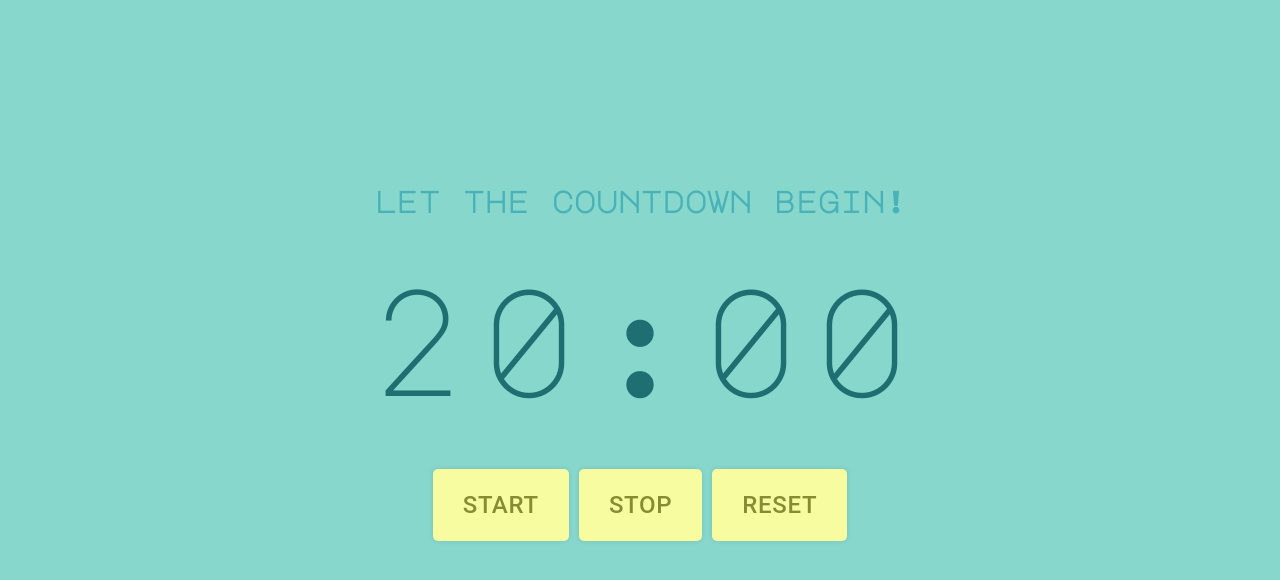
Repository: realistmccoy/pomodoro
Page: /
The author's editor kept a copy of each file at every save. The page is drawn from the files as they stood at one save, then again after the next save.
The browser window is 1280 px wide. The pictures show the whole page.
The project was rebuilt for these pictures with package versions that can differ from the ones it lists, and the page was loaded fresh each time.

Above is the page before, as saved 2020-12-10 00:50:26.

### src/App.js
import React, { useState, useRef } from 'react';
import './App.css';
import { Button } from '@material-ui/core';

function padTime(time) {
	return time.toString().padStart(2, '0');
}

export default function App() {
	const [title, setTitle] = useState('let the countdown begin!');
	const [timeLeft, setTimeLeft] = useState(20 * 60);
	const intervalRef = useRef(null);

	function startTimer() {
		intervalRef.current = setInterval(() => {
			setTimeLeft((timeLeft) => {
				if (timeLeft >= 1) return timeLeft - 1;

				return 0;
			});
		}, 1000);
	}

	function stopTimer() {
		clearInterval(intervalRef.current);
		console.log(intervalRef.current);
	}

	const minutes = padTime(Math.floor(timeLeft / 60));
	const seconds = padTime(timeLeft - minutes * 60);

	return (
		<div className='app'>
			<h2>{title}</h2>

			<div className='timer'>
				<span>{minutes}</span>
				<span>:</span>
				<span>{seconds}</span>
			</div>

			<div className='buttons'>

				<Button color='primary' onClick={startTimer}>
					Start
				</Button>
				<Button onClick={stopTimer}>Stop</Button>
				<Button>Reset</Button>
			</div>
		</div>
	);
}

### src/App.css
@import url('https://fonts.googleapis.com/css2?family=Major+Mono+Display&display=swap');

* {
  box-sizing: border-box;
}

body {
  padding: 0;
  margin: 0;
  font-family: 'Major Mono Display', monospace;
  line-height: 1.5;
}

.app {
  min-height: 100vh;
  padding-left: 20px;
  padding-right: 20px;
  display: flex;
  flex-direction: column;
  align-items: center;
  justify-content: center;
  background: #87d7cc;
  color: #2c888d;
}

h2 {
  color: #49b2b8;
  font-size: 30px;
  text-align: center;
  margin: 0;
}

.timer {
  color: #1f6e72;
  font-size: 150px;
  margin-bottom: 20px;
}

.buttons button {
  outline: none;
  border: none;
  font-size: 24px;
  background: #f7fca0;
  color: #878b32;
  border-radius: 5px;
  box-shadow: 0 0 5px rgba(0, 0, 0, 0.1);
  padding: 15px 30px;
  cursor: pointer;
  transition: 0.3s ease all;
}

.buttons button:hover {
  border-radius: 10px;
  background: #f5f8ca;
  box-shadow: 0 0 10px rgba(0, 0, 0, 0.15);
  transform: translateY(-2px);
}

.buttons button:not(:last-child) {
  margin-right: 10px;
}

@media (max-width: 780px) {
  h2 {
    font-size: 22px;
  }

  .timer {
    font-size: 80px;
  }

  .buttons button {
    font-size: 18px;
  }
}

Loaded but not shown: public/index.html (common file); src/index.js (common file)

After the next save:
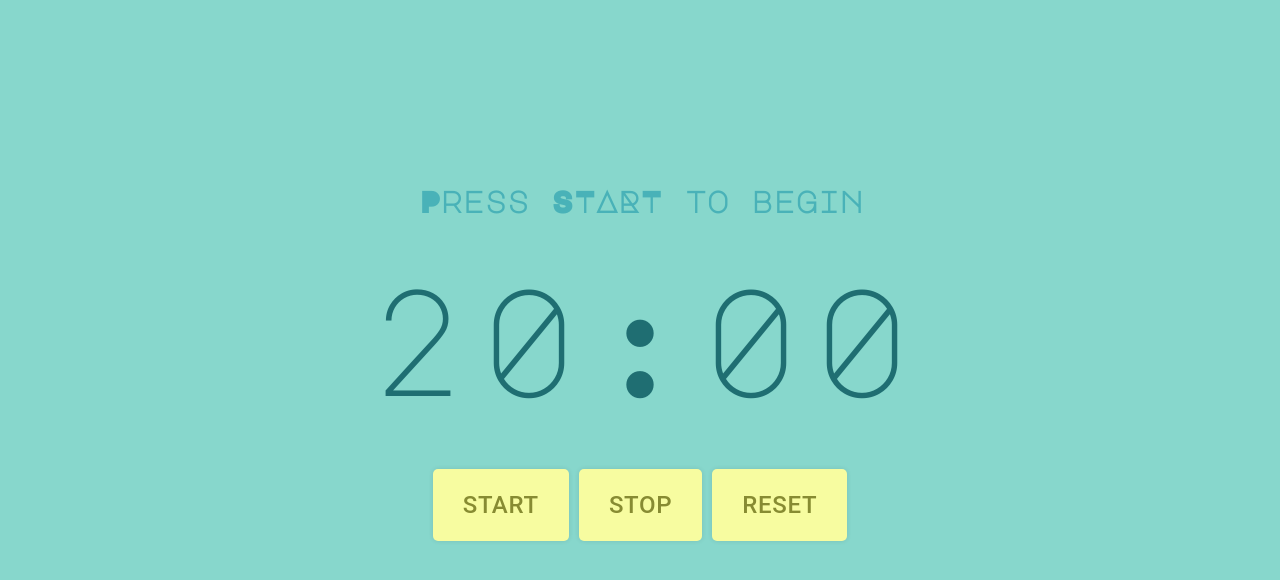
Saved 31 s later.
--- a/src/App.js
+++ b/src/App.js
@@ -7,7 +7,7 @@ function padTime(time) {
 }
 
 export default function App() {
-	const [title, setTitle] = useState('let the countdown begin!');
+	const [title, setTitle] = useState('Press START to begin');
 	const [timeLeft, setTimeLeft] = useState(20 * 60);
 	const intervalRef = useRef(null);
 
@@ -40,7 +40,6 @@ export default function App() {
 			</div>
 
 			<div className='buttons'>
-
 				<Button color='primary' onClick={startTimer}>
 					Start
 				</Button>
